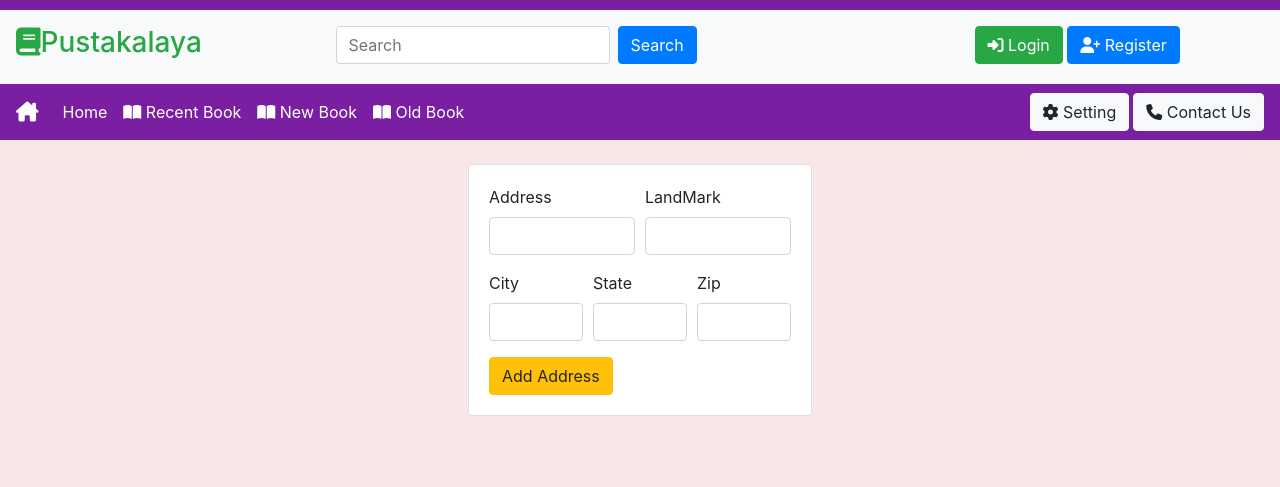
Repository: kalaprabhakar/Pustakalay_Web_Application
Page: http://localhost/E_Book_Management/user_address.jsp
The author's editor kept a copy of each file at every save. The page is drawn from the files as they stood at one save, then again after the next save.
The browser window is 1280 px wide. The pictures show the whole page.
Some web libraries are served in a nearby version. The page is served by Tomcat 10.

Above is the page before, as saved 2024-02-28 14:56:29.

After the next save:
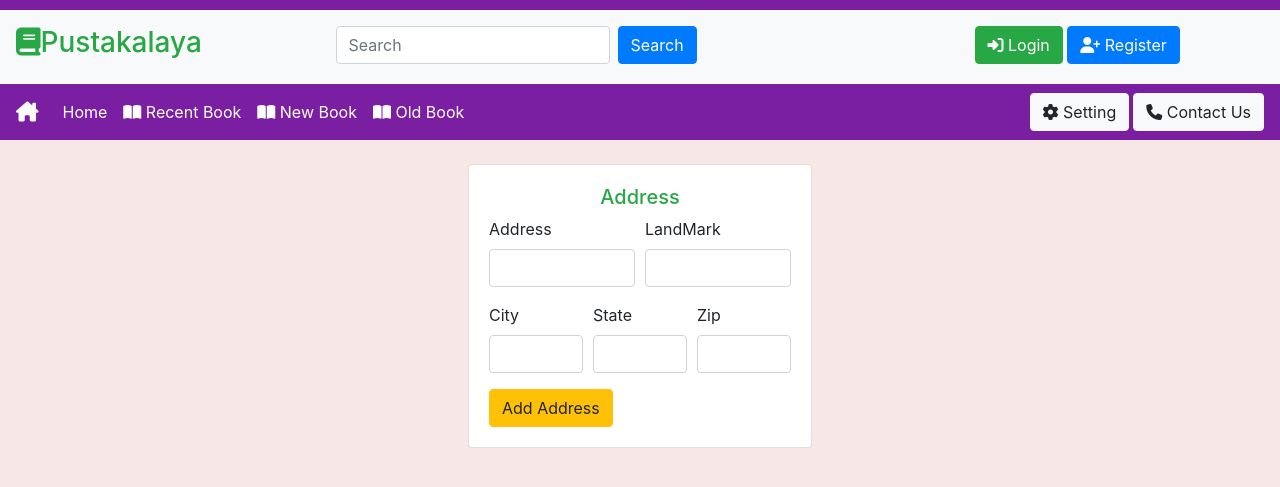
Saved 54 s later.
--- a/E_Book_Management/src/main/webapp/user_address.jsp
+++ b/E_Book_Management/src/main/webapp/user_address.jsp
@@ -16,6 +16,7 @@
 			<div class="col-md-4 offset-md-4">
 				<div class="card ">
 					<div class="card-body">
+					<h5 class="text-center text-success">Address</h5>
 						<form method="post" action="">
                              <div class="form-row">
 							<div class="form-group col-md-6 ">
